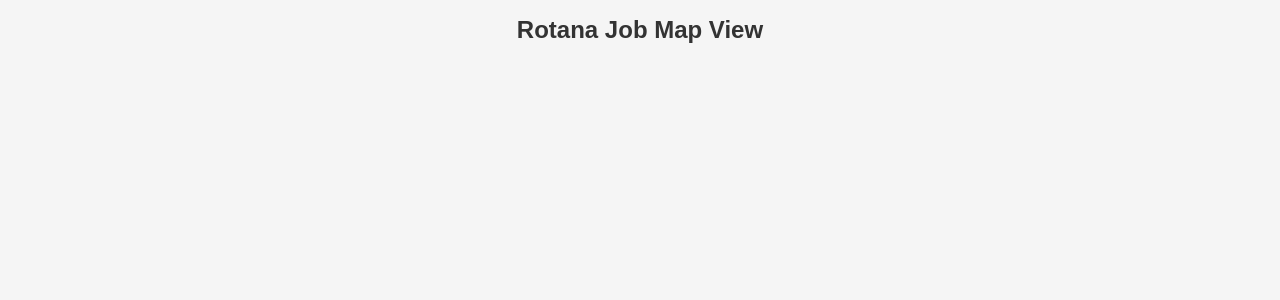
Repository: Reham28/RotanaJobs
Page: public/map.html
An editor plug-in stored every save of this project. The page is shown before and after the next save, followed by the edit.
The browser window is 1280 px wide. The pictures show the whole page.

Above is the page before, as saved 2023-09-16 18:40:58.

After the next save:
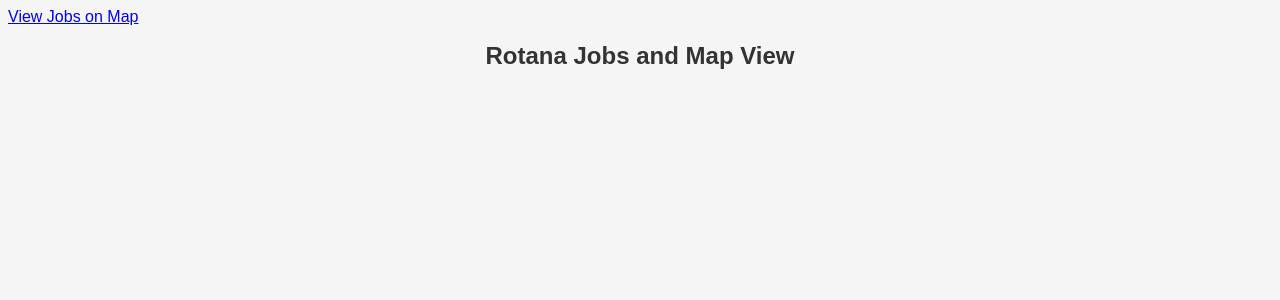
Saved 38 s later.
--- a/public/map.html
+++ b/public/map.html
@@ -7,7 +7,10 @@
   <link rel="stylesheet" href="style.css">
 </head>
 <body>
-  <h1>Rotana Job Map View</h1>
+    <div class="nav-link">
+        <a href="index.html">View Jobs on Map</a>
+      </div>
+  <h1>Rotana Jobs and Map View</h1>
   <div id="map"></div>
 
   <script src="map.js"></script>
